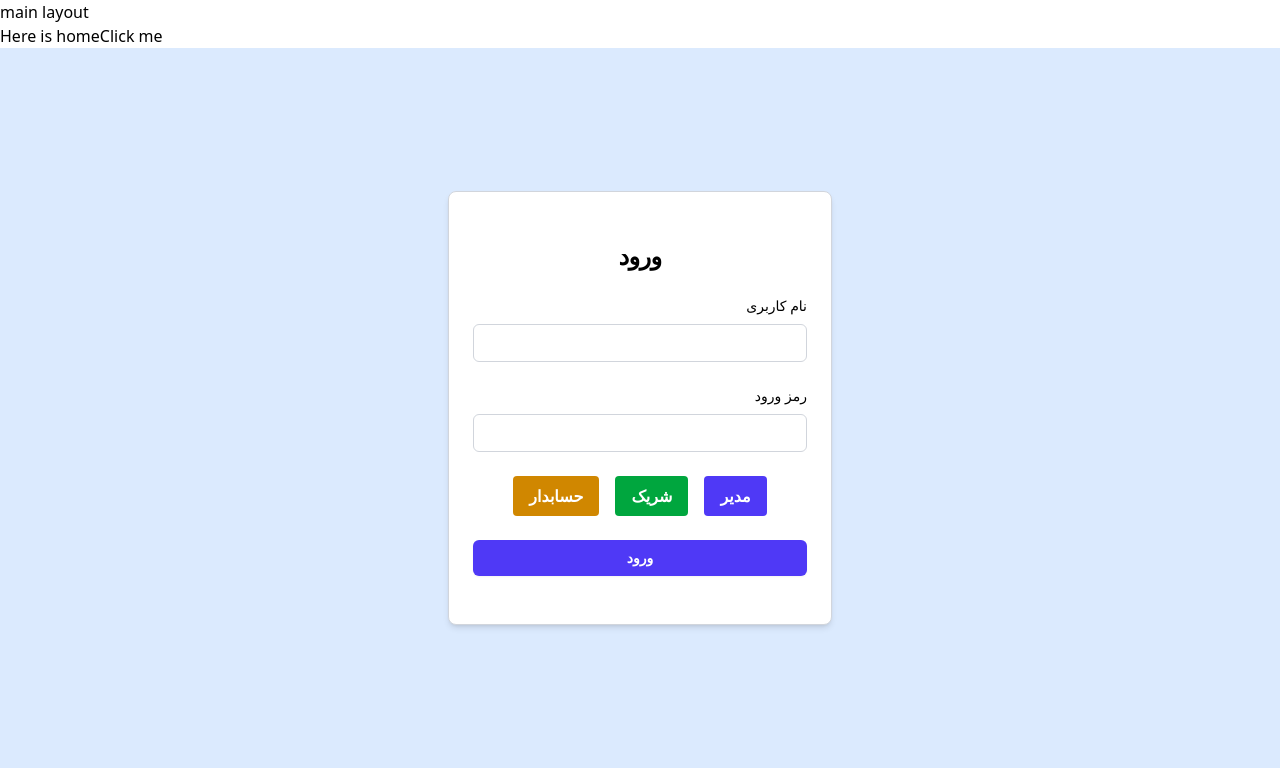
Repository: fuad303/karokhy-frontend
Page: /
These files come from the project's save history. The page is drawn as it stood at one moment and after the next save; the edit follows.
The browser window is 1280 px wide. The pictures show the whole page.
The project was rebuilt for these pictures with package versions that can differ from the ones it lists, and the page was loaded fresh each time. Also part of the build but not shown: vite.config.ts, src/layouts/AuthLayout.tsx.

Above is the page before, as saved 2025-12-08 13:04:22.

### index.html
<!doctype html>
<html lang="en">
  <head>
    <meta charset="UTF-8" />
    <link rel="icon" type="image/svg+xml" href="/vite.svg" />
    <meta name="viewport" content="width=device-width, initial-scale=1.0" />
    <title>karokhyfront</title>
  </head>
  <body>
    <div id="root"></div>
    <script type="module" src="/src/main.tsx"></script>
  </body>
</html>

### src/main.tsx
import { StrictMode } from "react";
import { createRoot } from "react-dom/client";
import "./index.css";
import { RouterProvider } from "react-router-dom";
import { router } from "./router/router";
import { AppProvider } from "./context/Context";

createRoot(document.getElementById("root")!).render(
  <StrictMode>
    <AppProvider>
      <RouterProvider router={router} />
    </AppProvider>
  </StrictMode>
);

### src/router/router.tsx
import { createBrowserRouter } from "react-router-dom";
import MainLayout from "../layouts/MainLayout";
import Home from "../pages/Home";
import Login from "../pages/Login";
import AuthLayout from "../layouts/AuthLayout";
import { Loader } from "../loader/loader";

export const router = createBrowserRouter([
  {
    element: <MainLayout />,
    children: [
      { path: "/", element: <Home />, loader: Loader.dashboardLoader },
    ],
  },
  {
    element: <AuthLayout />,
    children: [{ path: "/login", element: <Login /> }],
  },
]);

### src/context/Context.tsx
/* eslint-disable react-refresh/only-export-components */

import { createContext, useContext, useState } from "react";

interface AppContextInterface {
  backendErrorPopup: boolean;
  setBackendErrorPopup: React.Dispatch<React.SetStateAction<boolean>>;
}

const AppContext = createContext<AppContextInterface | null>(null);

export const AppProvider = ({ children }: { children: React.ReactNode }) => {
  const [backendErrorPopup, setBackendErrorPopup] = useState(false);

  return (
    <AppContext.Provider value={{ backendErrorPopup, setBackendErrorPopup }}>
      {children}
    </AppContext.Provider>
  );
};

export const useApp = () => {
  const ctx = useContext(AppContext);
  if (!ctx) throw new Error("useApp must be used inside AppProvider");
  return ctx;
};

### src/layouts/MainLayout.tsx
import { Outlet } from "react-router-dom";

const MainLayout = () => {
  return (
    <div>
      main layout
      <main>
        <Outlet />
      </main>
    </div>
  );
};

export default MainLayout;

### src/pages/Home.tsx
import { useLoaderData } from "react-router-dom";
import { useApp } from "../context/Context";
import type { HomeInterface } from "../interfaces/home.interface";
import Login from "./Login";

const Home = () => {
  const { backendErrorPopup, setBackendErrorPopup } = useApp();
  const data = useLoaderData<HomeInterface>();

  return (
    <div>
      Here is home
      <button
        onClick={() => {
          setBackendErrorPopup((pre) => !pre);
        }}
      >
        Click me
      </button>
      {backendErrorPopup && <>{data.message}</>}
      <Login />
    </div>
  );
};

export default Home;

### src/pages/Login.tsx
import LoginPage from "../components/LoginPage";

const Login = () => {
  return (
    <>
      <LoginPage />
    </>
  );
};

export default Login;

### src/loader/loader.ts
export class Loader {
  static async dashboardLoader() {
    return {
      status: 200,
      message: "Hello from loader",
    };
  }
}

### src/components/LoginPage.tsx
function LoginPage() {
  return (
    <div
      className="min-h-screen flex items-center justify-center relative bg-blue-300"
      dir="rtl"
    >
      <div className="absolute inset-0 bg-blue-100 bg-opacity-70 backdrop-blur-md"></div>

      <div className="relative flex flex-col justify-center px-6 py-12 sm:w-full sm:max-w-sm bg-white border border-gray-300 rounded-lg shadow-md">
        <h2 className="mt-0 text-center text-2xl font-bold tracking-tight text-black">
          ورود
        </h2>

        <form action="#" method="POST" className="mt-6 space-y-6">
          <div>
            <label
              htmlFor="username"
              className="block text-sm font-medium text-black text-right"
            >
              نام کاربری
            </label>
            <div className="mt-2">
              <input
                id="username"
                type="text"
                name="username"
                required
                autoComplete="username"
                className="block w-full rounded-md bg-white px-3 py-2 text-base text-black border border-gray-300 placeholder:text-gray-400 focus:border-blue-500 focus:outline-none sm:text-sm"
              />
            </div>
          </div>

          <div>
            <label
              htmlFor="password"
              className="block text-sm font-medium text-black text-right"
            >
              رمز ورود
            </label>
            <div className="mt-2">
              <input
                id="password"
                type="password"
                name="password"
                required
                autoComplete="current-password"
                className="block w-full rounded-md bg-white px-3 py-2 text-base text-black border border-gray-300 placeholder:text-gray-400 focus:border-blue-500 focus:outline-none sm:text-sm"
              />
            </div>
          </div>

          <div className="flex gap-4 mt-4 justify-center">
            <button
              type="button"
              className="px-4 py-2 bg-indigo-600 text-white font-semibold rounded hover:bg-indigo-500 focus:outline-none focus:ring-2 focus:ring-indigo-400"
            >
              مدیر
            </button>

            <button
              type="button"
              className="px-4 py-2 bg-green-600 text-white font-semibold rounded hover:bg-green-500 focus:outline-none focus:ring-2 focus:ring-green-400"
            >
              شریک
            </button>

            <button
              type="button"
              className="px-4 py-2 bg-yellow-600 text-white font-semibold rounded hover:bg-yellow-500 focus:outline-none focus:ring-2 focus:ring-yellow-400"
            >
              حسابدار
            </button>
          </div>

          <div>
            <button
              type="submit"
              className="flex w-full justify-center rounded-md bg-indigo-600 px-3 py-2 text-sm font-semibold text-white shadow-xs hover:bg-indigo-500 focus-visible:outline-2 focus-visible:outline-offset-2 focus-visible:outline-indigo-600"
            >
              ورود
            </button>
          </div>
        </form>
      </div>
    </div>
  );
}

export default LoginPage;

Loaded but not shown: src/index.css (common file)

After the next save:
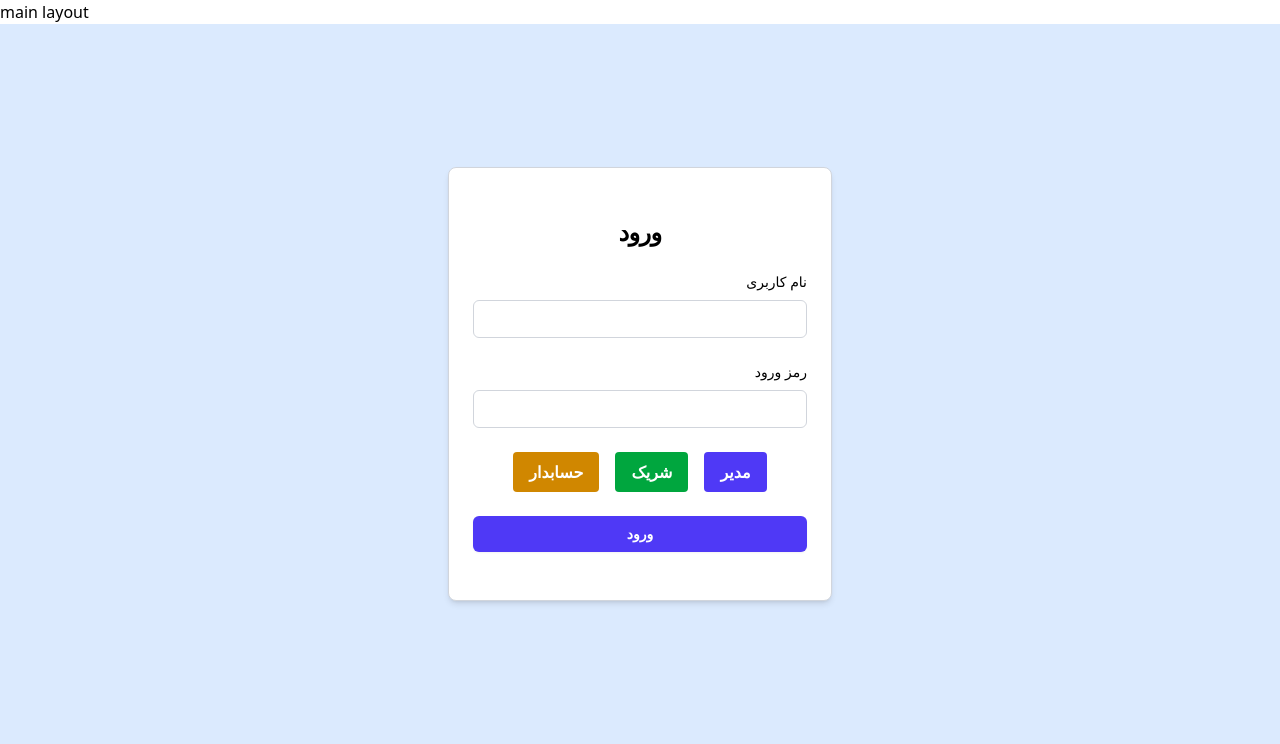
Saved 10 min 7 s later.
--- a/src/pages/Home.tsx
+++ b/src/pages/Home.tsx
@@ -9,14 +9,14 @@ const Home = () => {
 
   return (
     <div>
-      Here is home
+      {/* Here is home
       <button
         onClick={() => {
           setBackendErrorPopup((pre) => !pre);
         }}
       >
         Click me
-      </button>
+      </button> */}
       {backendErrorPopup && <>{data.message}</>}
       <Login />
     </div>
